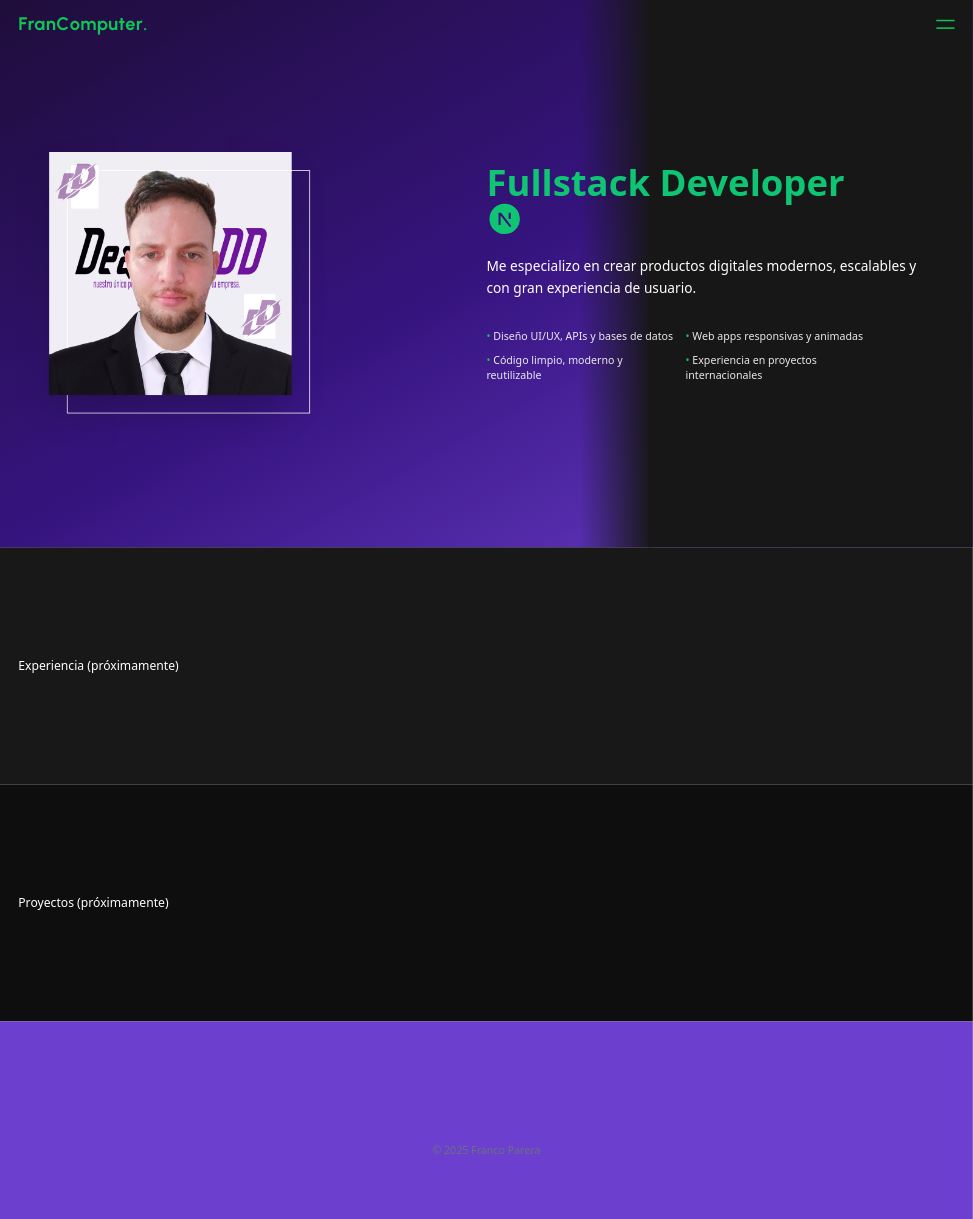
Repository: francoluca35/portfolio-franco-dev
Page: /
The author's editor kept a copy of each file at every save. The page is drawn from the files as they stood at one save, then again after the next save.
The browser window is 1280 px wide. The pictures show the whole page, at 76% of full size.
The project was rebuilt for these pictures with package versions that can differ from the ones it lists, and the page was loaded fresh each time. The framework's server and built-in components were replaced by stand-ins that run in the browser. Also part of the build but not shown: next.config.js.

Above is the page before, as saved 2025-05-06 02:25:13.

### app/layout.jsx
import Nav from "../components/Nav";
import "../styles/globals.css";
import { Outfit } from "next/font/google";

export const metadata = {
  title: "Franco Parera | Desarrollador Web Fullstack",
  description:
    "Portfolio de Franco Parera, desarrollador web especializado en React, Next.js y soluciones escalables.",
  keywords:
    "desarrollador web, portfolio, frontend, backend, next.js, react, diseño web, SEO, Buenos Aires",
  authors: [{ name: "Franco Parera" }],
  creator: "Franco Parera",
  openGraph: {
    title: "Franco Parera | Desarrollador Web",
    description:
      "Conocé mis proyectos como desarrollador web fullstack. Diseño moderno, rendimiento y SEO.",
    url: "https://tusitio.com",
    siteName: "Franco Parera | Portfolio",
    images: [
      {
        url: "https://tusitio.com/og-image.jpg",
        width: 1200,
        height: 630,
        alt: "Imagen portfolio Franco",
      },
    ],
    locale: "es_AR",
    type: "website",
  },
  twitter: {
    card: "summary_large_image",
    title: "Franco Parera | Desarrollador Web",
    description:
      "Portfolio profesional de Franco Parera con proyectos reales, experiencia y habilidades técnicas.",
    images: ["https://tusitio.com/og-image.jpg"],
  },
};
const outfit = Outfit({
  subsets: ["latin"],
  weight: ["400", "600", "700"], // Podés ajustar los pesos
});

export default function RootLayout({ children }) {
  return (
    <html lang="es">
      <head>
        <meta name="viewport" content="width=device-width, initial-scale=1" />
        <link rel="icon" href="/favicon.ico" />
      </head>
      <body className="antialiased scroll-smooth outfit.className">
        <Nav />
        <div className="pt-20">{children}</div>{" "}
      </body>
    </html>
  );
}

### app/page.jsx
import Hero from "../components/Hero";
import Experience from "../components/Experience";
import Projects from "../components/Projects";
import Footer from "../components/Footer";

export default function HomePage() {
  return (
    <main>
      <section id="inicio">
        <Hero />
      </section>

      <section id="experiencia" className="bg-[#181818] text-white py-20 px-6">
        <Experience />
      </section>

      <section id="proyectos" className="bg-[#0E0E0E] text-white py-20 px-6">
        <Projects />
      </section>

      <section id="contacto" className="bg-[#6C3FCF] text-white py-20 px-6">
        <Footer />
      </section>
    </main>
  );
}

### components/Nav.jsx
"use client";

import { useState, useEffect } from "react";
import Link from "next/link";
import { motion, AnimatePresence } from "framer-motion";
import { FaGithub, FaInstagram, FaLinkedin } from "react-icons/fa";
import AnimatedLogo from "./AnimatedLogo";

const menuItems = [
  { href: "#inicio", label: "INICIO" },
  { href: "#experiencia", label: "EXPERIENCIA" },
  { href: "#proyectos", label: "PROYECTOS" },
  { href: "#contacto", label: "CONTACTO" },
];

export default function Nav() {
  const [isOpen, setIsOpen] = useState(false);
  const [scrolled, setScrolled] = useState(false);

  useEffect(() => {
    const handleScroll = () => {
      setScrolled(window.scrollY > 10);
    };
    window.addEventListener("scroll", handleScroll);
    return () => window.removeEventListener("scroll", handleScroll);
  }, []);

  return (
    <>
      <nav
        className={`fixed w-full px-6 py-4 flex justify-between items-center z-50 transition-colors duration-300 ${
          scrolled ? "bg-[#2b06364b] shadow-lg" : "bg-transparent"
        }`}
      >
        <AnimatedLogo />

        <button onClick={() => setIsOpen(true)} className="space-y-2">
          <span className="block w-6 h-0.5 bg-[#0fc555]"></span>
          <span className="block w-6 h-0.5 bg-[#0fc555]"></span>
        </button>
      </nav>

      <AnimatePresence>
        {isOpen && (
          <motion.div
            initial={{ y: "-100vh", opacity: 0 }}
            animate={{ y: 0, opacity: 1 }}
            exit={{ y: "-100vh", opacity: 0 }}
            transition={{
              type: "spring",
              stiffness: 100,
              damping: 15,
              bounce: 0.25,
              duration: 0.8,
            }}
            className="fixed inset-0 bg-[#2c1167] text-white flex flex-col items-center justify-center text-5xl font-extrabold z-50"
          >
            <button
              onClick={() => setIsOpen(false)}
              className="absolute top-6 right-8 text-lg font-bold hover:text-black"
            >
              close
            </button>

            <ul className="space-y-8 text-center">
              {menuItems.map((item, index) => (
                <motion.li
                  key={item.href}
                  initial={{ opacity: 0, y: 30 }}
                  animate={{ opacity: 1, y: 0 }}
                  transition={{ delay: 0.3 + index * 0.15 }}
                  className="hover:text-black hover:text-6xl transition-all duration-300"
                >
                  <Link href={item.href} onClick={() => setIsOpen(false)}>
                    {item.label}
                  </Link>
                </motion.li>
              ))}
            </ul>

            <div className="text-2xl mt-16 flex gap-8">
              <a
                href="https://www.linkedin.com/in/franco-parera/"
                target="_blank"
                rel="noopener noreferrer"
                className="hover:text-[#0077B5] transition-colors duration-300"
              >
                <FaLinkedin />
              </a>
              <a
                href="https://github.com/francoluca35"
                target="_blank"
                rel="noopener noreferrer"
                className="hover:text-[#010101] transition-colors duration-300"
              >
                <FaGithub />
              </a>
              <a
                href="https://www.instagram.com/franco.dev24/"
                target="_blank"
                rel="noopener noreferrer"
                className="hover:text-[#c550ff] transition-colors duration-300"
              >
                <FaInstagram />
              </a>
            </div>
          </motion.div>
        )}
      </AnimatePresence>
    </>
  );
}

### components/Hero.jsx
"use client";
import { motion } from "framer-motion";
import Image from "next/image";
import { RiNextjsFill } from "react-icons/ri";

export default function Hero() {
  return (
    <section
      aria-label="Presentación de Franco Parera como Fullstack Developer"
      className="-mt-20 relative w-full min-h-screen text-white flex items-center justify-center sm:px-12 py-20 bg-gradient-to-br from-[#1f0d3a] via-[#36147f] to-[#6C3FCF]"
    >
      {/* Fondo negro a la derecha */}
      <div className="hidden md:block absolute top-0 right-0 w-1/3 h-full bg-[#171717] z-0" />

      {/* Difuminado entre violeta y negro */}
      <div className="hidden md:block absolute top-0 right-[33%] w-24 h-full bg-gradient-to-r from-transparent to-[#171717] z-10" />

      {/* Contenido */}
      <div className="relative z-20 max-w-6xl w-full flex flex-col items-center md:flex-row md:items-center md:justify-between gap-10 md:gap-0">
        {/* Imagen */}
        <motion.div
          initial={{ opacity: 0, scale: 0.95 }}
          animate={{ opacity: 1, scale: 1 }}
          transition={{ duration: 0.6 }}
          className="relative flex justify-center"
        >
          <div className="absolute top-6 left-6 w-60 h-60 md:w-80 md:h-80 border border-white z-0" />
          <div className="relative w-70 h-70 md:w-80 md:h-80 shadow-2xl overflow-hidden z-10">
            <Image
              src="/assets/yo-franco.png"
              alt="Franco Parera - desarrollador fullstack"
              fill
              className="object-cover"
              priority
            />
          </div>
        </motion.div>

        {/* Texto */}
        <div className="text-center md:text-left md:w-1/2 space-y-6">
          <motion.h1
            initial={{ opacity: 0, y: 20 }}
            animate={{ opacity: 1, y: 0 }}
            transition={{ duration: 0.6 }}
            className="text-4xl sm:text-5xl font-extrabold text-[#0fc573]"
          >
            Fullstack Developer <RiNextjsFill />
          </motion.h1>

          <motion.p
            initial={{ opacity: 0, y: 20 }}
            animate={{ opacity: 1, y: 0 }}
            transition={{ delay: 0.2, duration: 0.6 }}
            className="text-base sm:text-lg text-white max-w-xl mx-auto md:mx-0"
          >
            Me especializo en crear productos digitales modernos, escalables y
            con gran experiencia de usuario.
          </motion.p>

          {/* Lista de habilidades */}
          <motion.div
            initial={{ opacity: 0, y: 20 }}
            animate={{ opacity: 1, y: 0 }}
            transition={{ delay: 0.2, duration: 0.6 }}
            className="grid grid-cols-1 sm:grid-cols-2 gap-3 text-sm text-white/90 max-w-lg mx-auto md:mx-0 pt-4"
          >
            <p>
              <span className="text-[#0fc555]">•</span> Diseño UI/UX, APIs y
              bases de datos
            </p>
            <p>
              <span className="text-[#0fc555]">•</span> Web apps responsivas y
              animadas
            </p>
            <p>
              <span className="text-[#0fc555]">•</span> Código limpio, moderno y
              reutilizable
            </p>
            <p>
              <span className="text-[#0fc555]">•</span> Experiencia en proyectos
              internacionales
            </p>
          </motion.div>
        </div>
      </div>
    </section>
  );
}

### components/Experience.jsx
export default function Experience() { return <section className="my-16">Experiencia (próximamente)</section>; }

### components/Projects.jsx
export default function Projects() { return <section className="my-16">Proyectos (próximamente)</section>; }

### components/Footer.jsx
export default function Footer() { return <footer className="mt-20 text-center text-sm text-gray-500">© 2025 Franco Parera</footer>; }

### components/AnimatedLogo.jsx
"use client";
import { useState, useEffect } from "react";
import { Outfit, Urbanist } from "next/font/google";
const outfit = Urbanist({
  subsets: ["latin"],
  weight: ["400", "700"],
});
export default function AnimatedLogo() {
  const leftFull = "Fran";
  const rightFull = "Computer";
  const base = "FC";

  const [left, setLeft] = useState("");
  const [right, setRight] = useState("");
  const [phase, setPhase] = useState("expand");
  const [step, setStep] = useState(0);

  useEffect(() => {
    let interval;

    if (phase === "expand") {
      interval = setInterval(() => {
        setLeft((prev) => {
          if (prev.length < leftFull.length - 1) {
            return leftFull.slice(1, prev.length + 2);
          }
          return prev;
        });

        setRight((prev) => {
          if (prev.length < rightFull.length - 1) {
            return rightFull.slice(1, prev.length + 2);
          }
          return prev;
        });

        setStep((prev) => {
          const next = prev + 1;
          if (next >= Math.max(leftFull.length - 1, rightFull.length - 1)) {
            clearInterval(interval);
            setTimeout(() => setPhase("pause"), 1200);
          }
          return next;
        });
      }, 100);
    }

    if (phase === "contract") {
      interval = setInterval(() => {
        setLeft((prev) => prev.slice(0, -1));
        setRight((prev) => prev.slice(0, -1));
        setStep((prev) => {
          const next = prev - 1;
          if (next <= 0) {
            clearInterval(interval);
            setTimeout(() => setPhase("expand"), 1000);
          }
          return next;
        });
      }, 60);
    }

    if (phase === "pause") {
      setTimeout(() => {
        setPhase("contract");
      }, 800);
    }

    return () => clearInterval(interval);
  }, [phase]);

  return (
    <h1
      className={`text-2xl font-bold text-[#0fc555] tracking-wide ${outfit.className}`}
    >
      F<span className="inline-block">{left}</span>C
      <span className="inline-block">{right}</span>
      <span className="text-[#0fc555] animate-pulse">.</span>
    </h1>
  );
}

### tailwind.config.js
/** @type {import('tailwindcss').Config} */
module.exports = {
  content: [
    "./app/**/*.{js,ts,jsx,tsx}",
    "./components/**/*.{js,ts,jsx,tsx}",
  ],
  darkMode: 'class',
  theme: {
    extend: {},
  },
  plugins: [],
}

Loaded but not shown: styles/globals.css (common file)

After the next save:
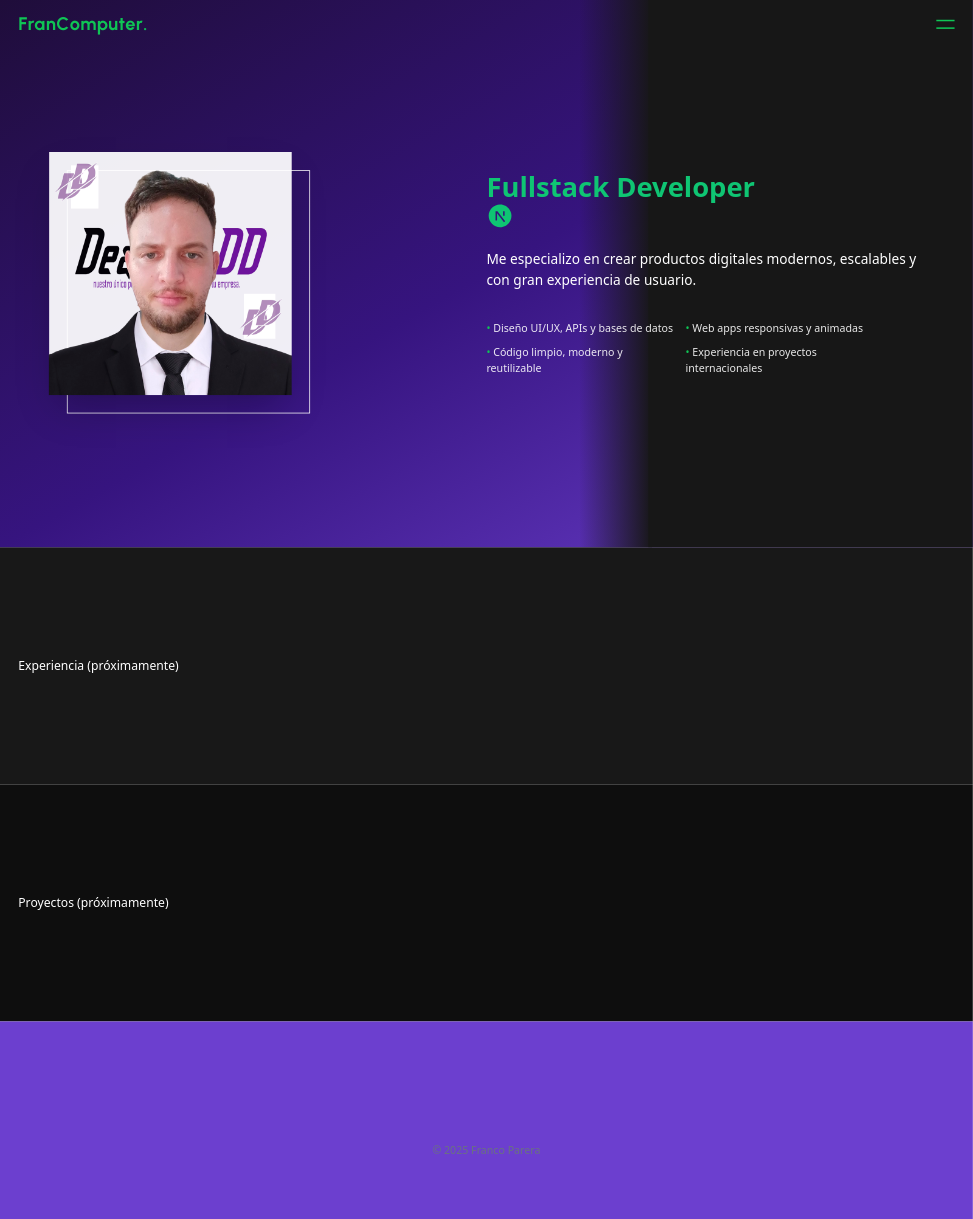
Saved 14 s later.
--- a/components/Hero.jsx
+++ b/components/Hero.jsx
@@ -42,7 +42,7 @@
             initial={{ opacity: 0, y: 20 }}
             animate={{ opacity: 1, y: 0 }}
             transition={{ duration: 0.6 }}
-            className="text-4xl sm:text-5xl font-extrabold text-[#0fc573]"
+            className="text-4xl sm:text-4xl font-extrabold text-[#0fc573]"
           >
             Fullstack Developer <RiNextjsFill />
           </motion.h1>

After the save that followed:
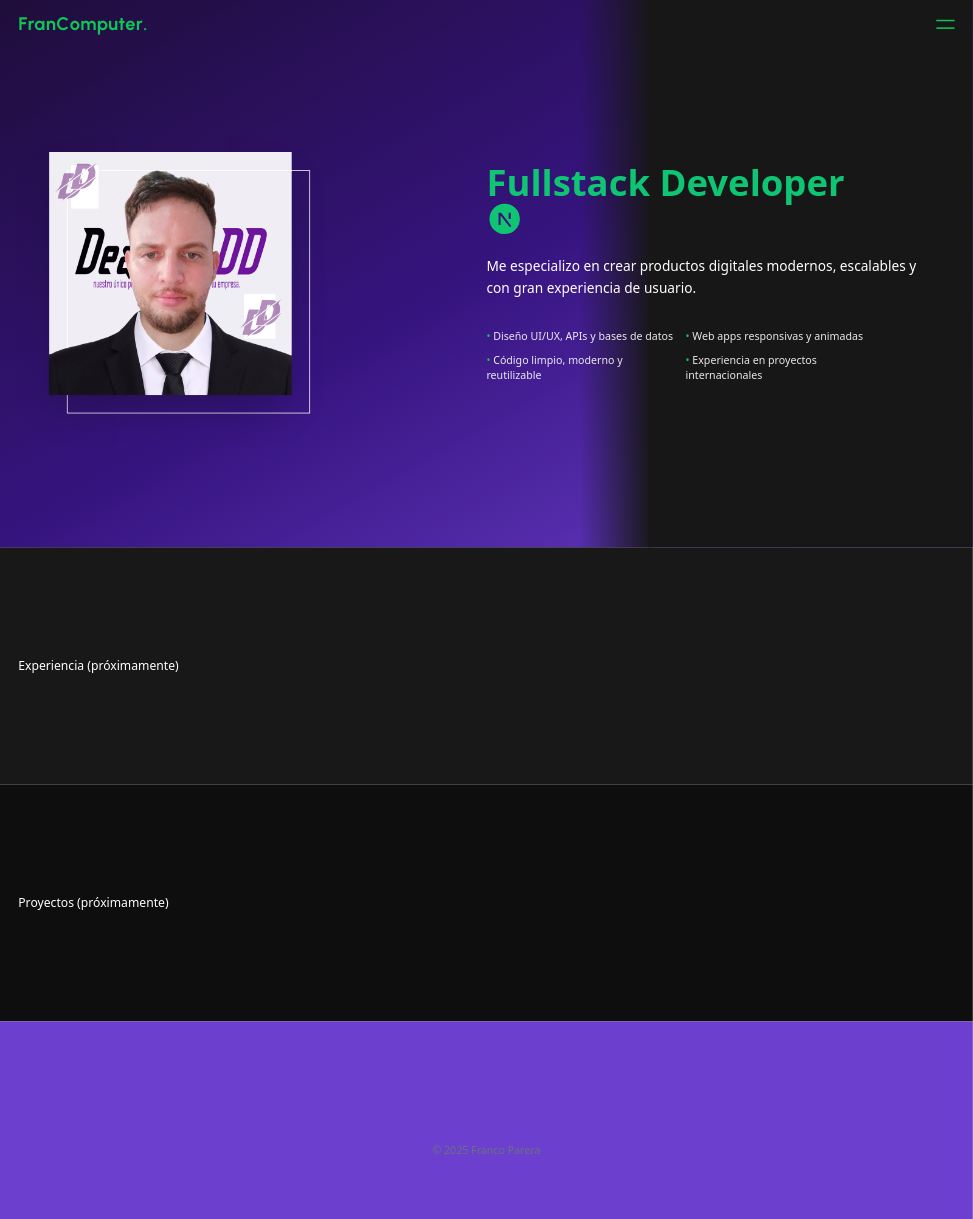
Saved 6 s later.
--- a/components/Hero.jsx
+++ b/components/Hero.jsx
@@ -42,7 +42,7 @@
             initial={{ opacity: 0, y: 20 }}
             animate={{ opacity: 1, y: 0 }}
             transition={{ duration: 0.6 }}
-            className="text-4xl sm:text-4xl font-extrabold text-[#0fc573]"
+            className="text-4xl sm:text-5xl font-extrabold text-[#0fc573]"
           >
             Fullstack Developer <RiNextjsFill />
           </motion.h1>
